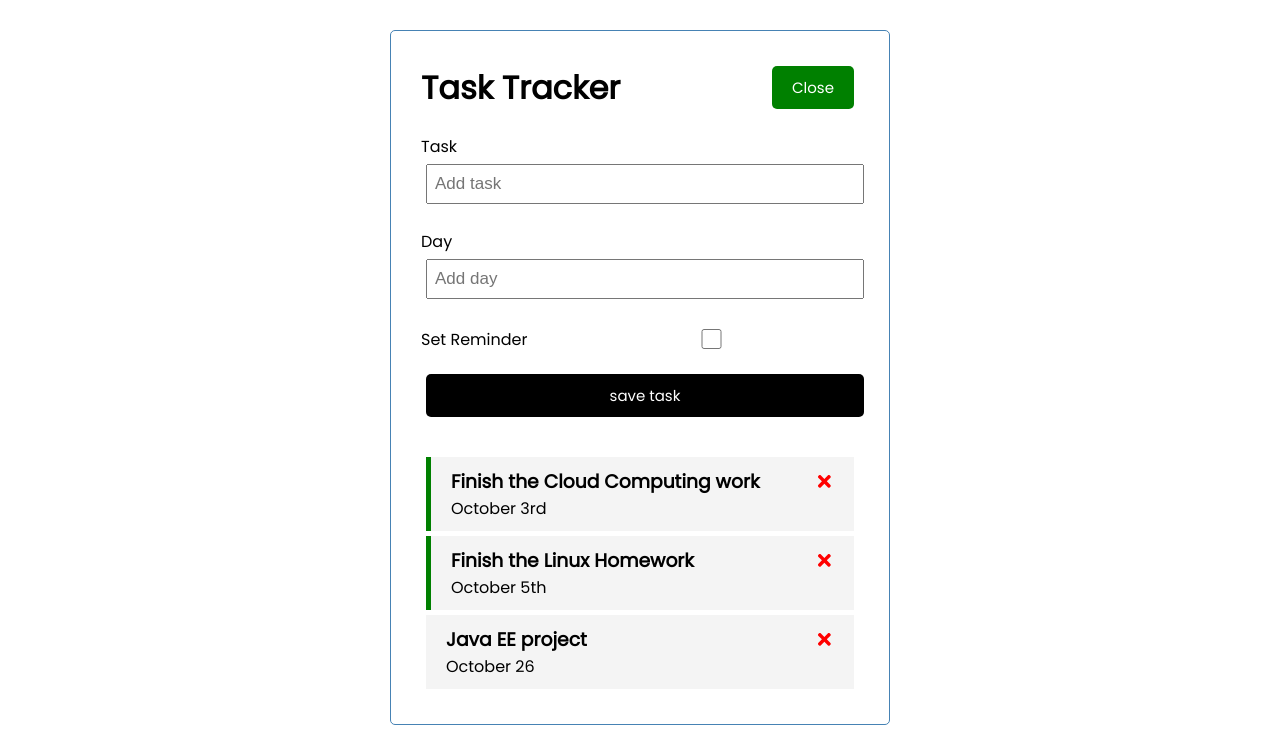
Repository: ds-mbappe/react-task-tracker
Page: /
These files come from the project's save history. The page is drawn as it stood at one moment and after the next save; the edit follows.
The browser window is 1280 px wide. The pictures show the whole page.
The project was rebuilt for these pictures with package versions that can differ from the ones it lists, and the page was loaded fresh each time.

Above is the page before, as saved 2021-10-02 13:11:26.

After the next save:
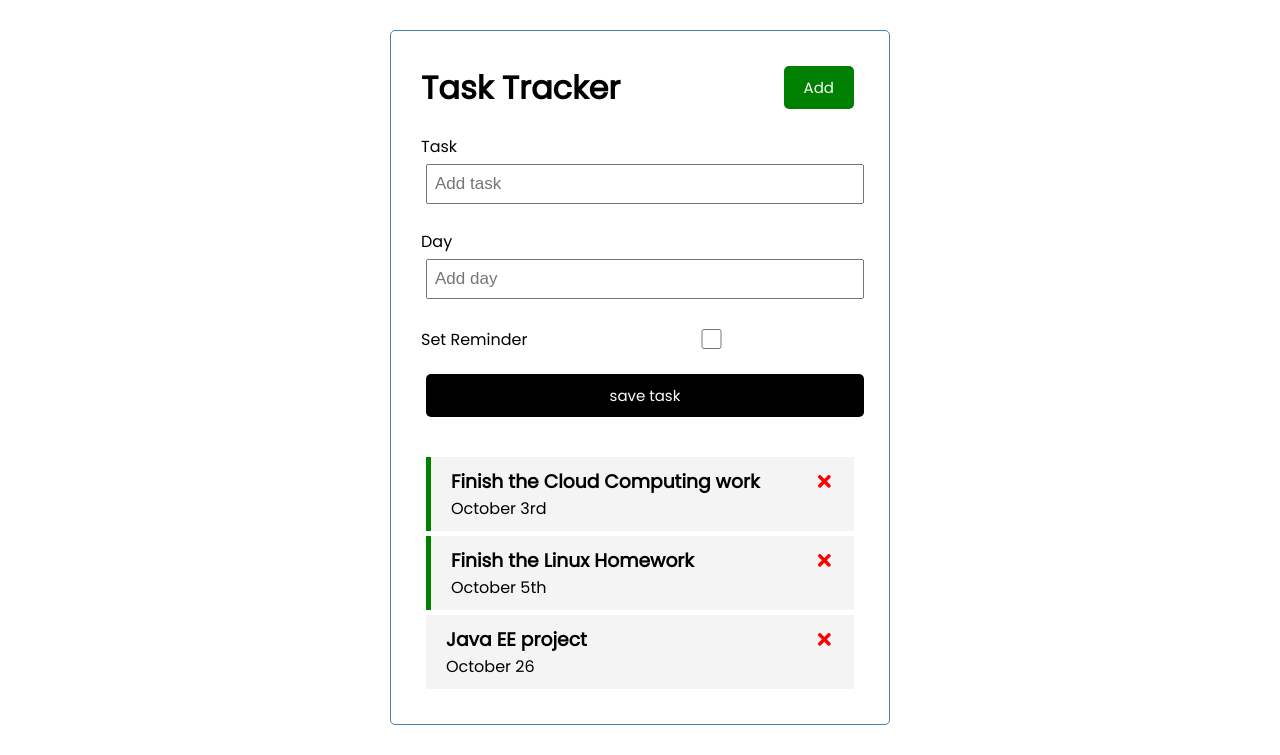
Saved 24 s later.
--- a/src/components/Header.js
+++ b/src/components/Header.js
@@ -9,7 +9,7 @@ const Header = ({ title, onAdd, showAdd }) => {
     return (
         <header className="header">
             <h1>{title}</h1>
-            <Button color="green" text={showAdd ? 'Close' : 'Add'} onClick={onClick} />
+            <Button color="green" text='Add'onClick={onClick} />
         </header>
     )
 }
